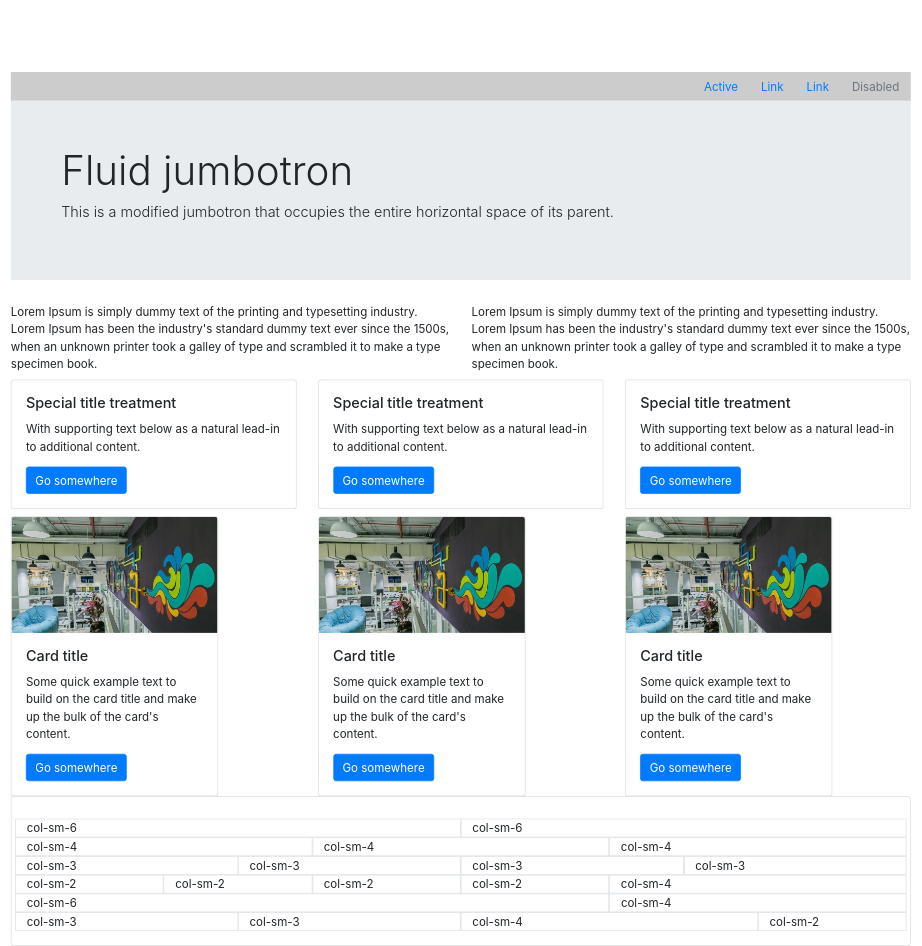
Repository: Green-Technologies-Angular/HTML
Page: index.html
The author's editor kept a copy of each file at every save. The page is drawn from the files as they stood at one save, then again after the next save.
The browser window is 1280 px wide. The pictures show the whole page, at 72% of full size.

Above is the page before, as saved 2019-01-31 10:37:08.

After the next save:
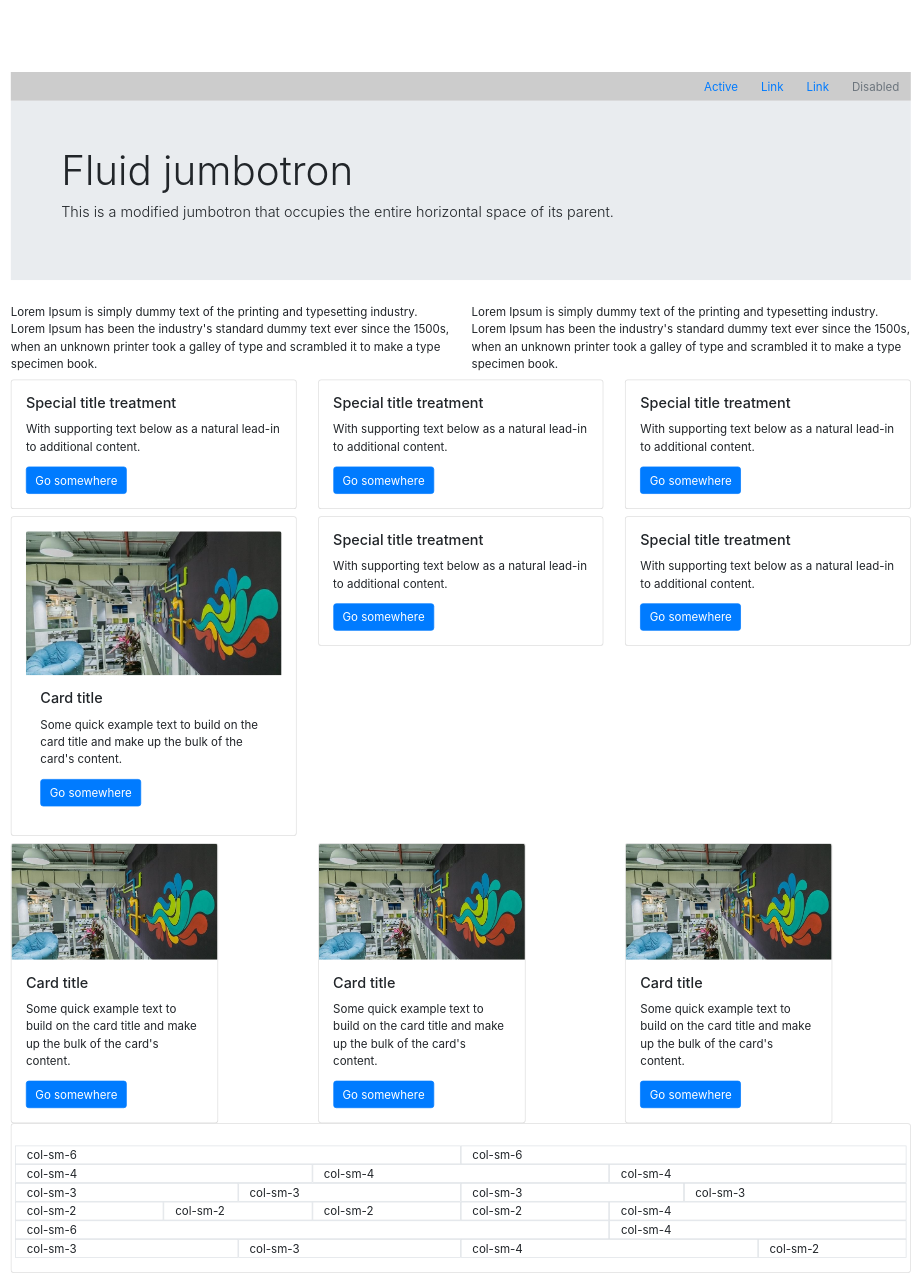
Saved 43 s later.
--- a/index.html
+++ b/index.html
@@ -84,6 +84,40 @@
             </div>
         </div>
         <div class="row" style="padding-top:10px;">
+                <div class="col-sm-4">
+                    <div class="card">
+                        <div class="card-body">
+                                <img src="images/Download.jpg" class="card-img-top" alt="...">
+                                <div class="card-body">
+                                    <h5 class="card-title">Card title</h5>
+                                    <p class="card-text">Some quick example text to build on the card title and make up the bulk of
+                                        the
+                                        card's content.</p>
+                                    <a href="#" class="btn btn-primary">Go somewhere</a>
+                                </div>
+                        </div>
+                    </div>
+                </div>
+                <div class="col-sm-4">
+                    <div class="card">
+                        <div class="card-body">
+                            <h5 class="card-title">Special title treatment</h5>
+                            <p class="card-text">With supporting text below as a natural lead-in to additional content.</p>
+                            <a href="#" class="btn btn-primary">Go somewhere</a>
+                        </div>
+                    </div>
+                </div>
+                <div class="col-sm-4">
+                    <div class="card">
+                        <div class="card-body">
+                            <h5 class="card-title">Special title treatment</h5>
+                            <p class="card-text">With supporting text below as a natural lead-in to additional content.</p>
+                            <a href="#" class="btn btn-primary">Go somewhere</a>
+                        </div>
+                    </div>
+                </div>
+            </div>
+        <div class="row" style="padding-top:10px;">
             <div class="col-sm-4">
                 <div class="card" style="width: 18rem;">
                     <img src="images/Download.jpg" class="card-img-top" alt="...">
